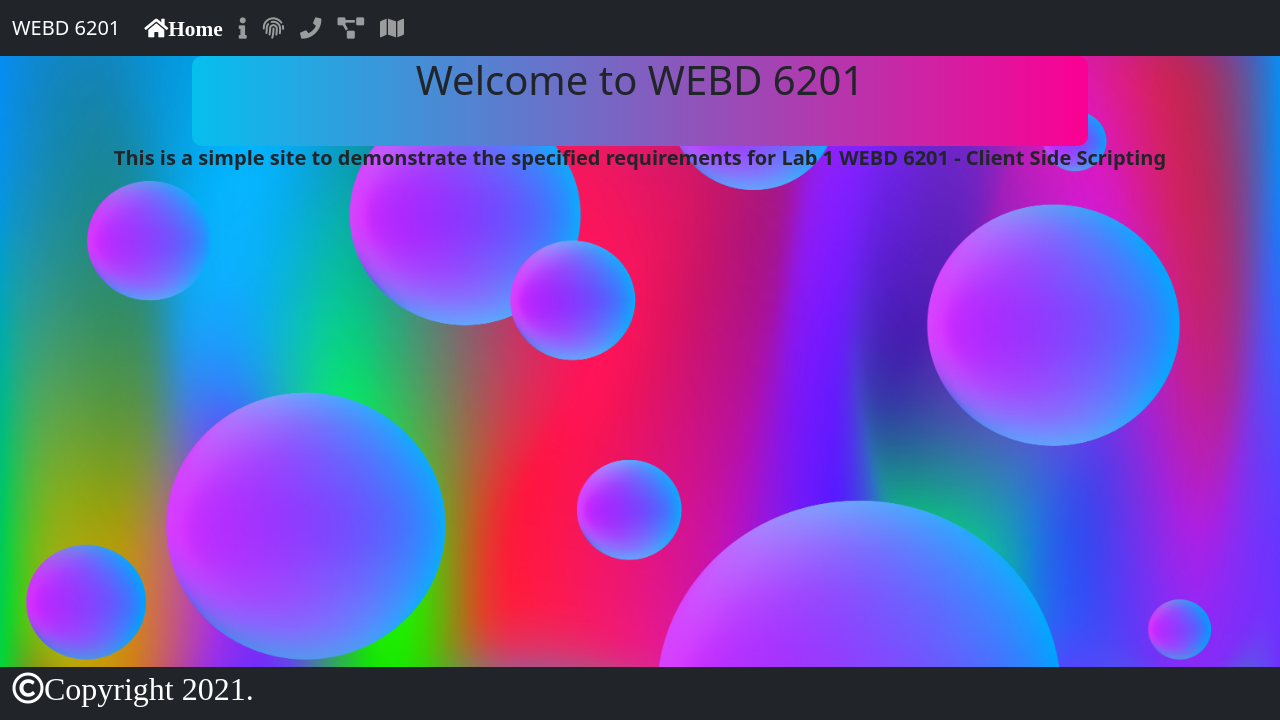
Repository: vans12345678/WEBD6201-W2021-Lab1
Page: index.html
These files come from the project's save history. The page is drawn as it stood at one moment and after the next save; the edit follows.
The browser window is 1280 px wide. The pictures show the whole page.

Above is the page before, as saved 2021-02-01 19:57:15.
Console error: TypeError: Cannot set properties of null (setting 'textContent')

After the next save:
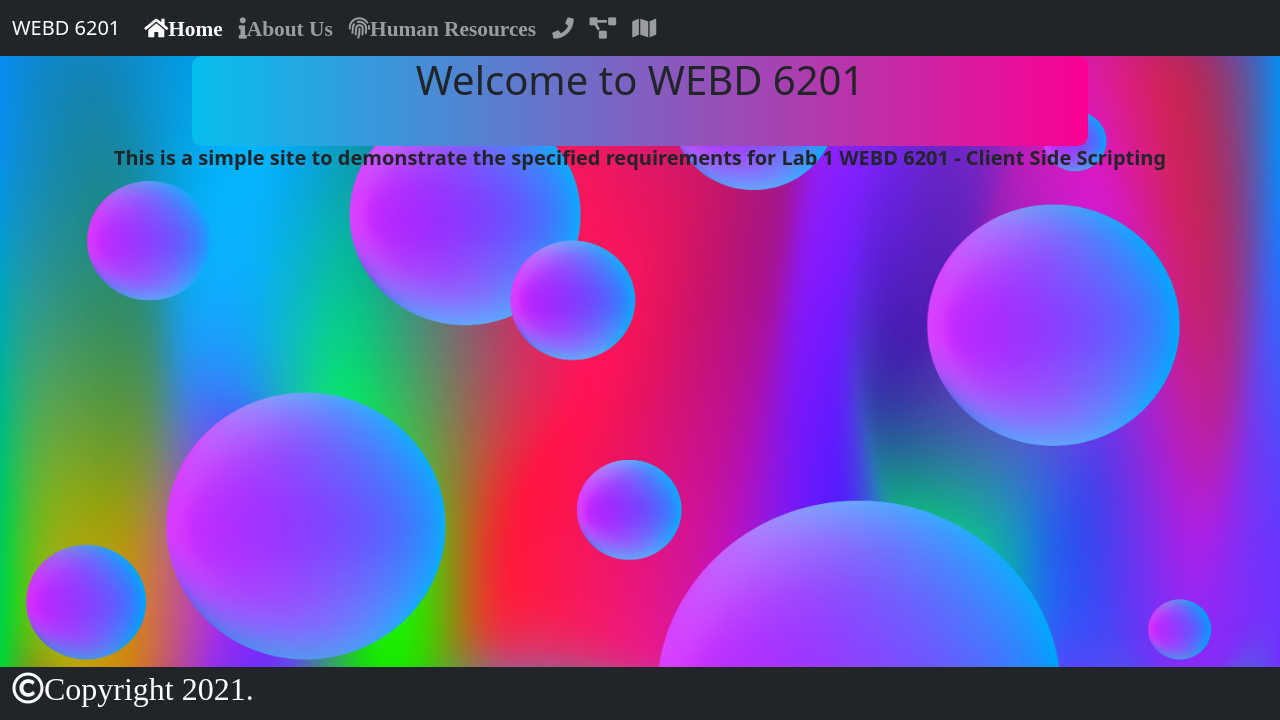
Saved 21 s later.
--- a/Scripts/app.js
+++ b/Scripts/app.js
@@ -22,7 +22,7 @@
         introTextElement = document.getElementById("title").textContent = titleText;
 
         introTextElement = document.getElementById("navHome").textContent = "Home";
-        introTextElement = document.getElementById("navAboutUs").textContent = "About Us";
+        introTextElement = document.getElementById("navAbout").textContent = "About Us";
         introTextElement = document.getElementById("navHumanResources").textContent = "Human Resources";
         introTextElement = document.getElementById("navContactUs").textContent = "Contact Us";
         introTextElement = document.getElementById("navProjects").textContent = "Projects";
